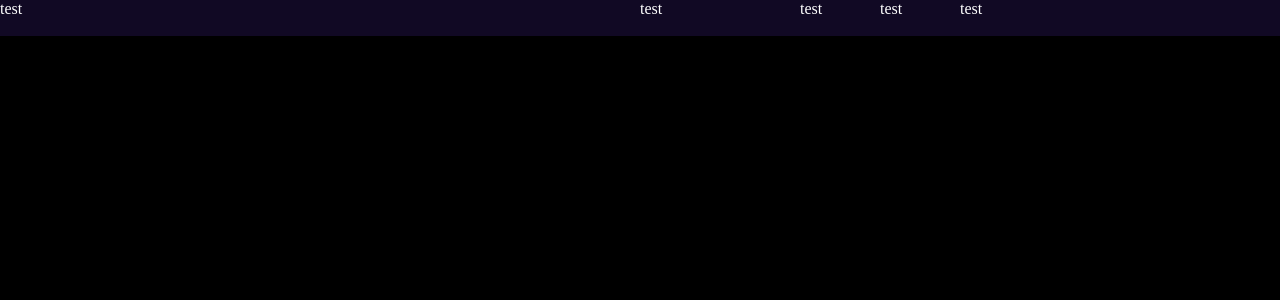
Repository: Ethan-OF/L3DTS-Web-Design
Page: index.html
An editor plug-in stored every save of this project. The page is shown before and after the next save, followed by the edit.
The browser window is 1280 px wide. The pictures show the whole page.

Above is the page before, as saved 2023-08-23 22:22:02.

After the next save:
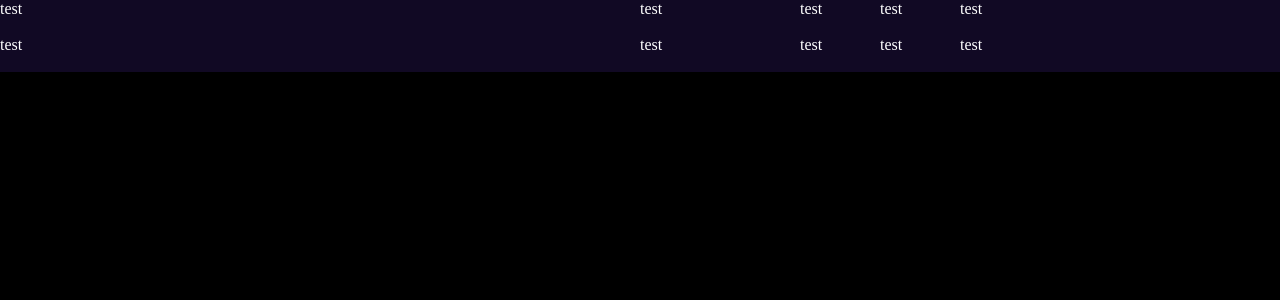
Saved 25 h 0 min later.
--- a/index.html
+++ b/index.html
@@ -35,3 +35,40 @@
         <script src="" async defer></script>
     </body>
 </html>
+<!DOCTYPE html>
+<!--[if lt IE 7]>      <html class="no-js lt-ie9 lt-ie8 lt-ie7"> <![endif]-->
+<!--[if IE 7]>         <html class="no-js lt-ie9 lt-ie8"> <![endif]-->
+<!--[if IE 8]>         <html class="no-js lt-ie9"> <![endif]-->
+<!--[if gt IE 8]>      <html class="no-js"> <!--<![endif]-->
+<html>
+    <head>
+        <meta charset="utf-8">
+        <meta http-equiv="X-UA-Compatible" content="IE=edge">
+        <title></title>
+        <meta name="description" content="">
+        <meta name="viewport" content="width=device-width, initial-scale=1">
+        <link rel="stylesheet" href="./Recources/core.css">
+    </head>
+    <body>
+        <div class="navigation">
+            <div class="navgroup">test</div>
+            <div class="navgroup">
+                <div class="navgroup">
+                    <div class="navgroup">test</div>
+                    <div class="navgroup">
+                        <div class="navgroup">test</div>
+                        <div class="navgroup">test</div>
+                    </div>
+                </div>
+                <div class="navgroup">test</div>
+            </div>
+        </div>
+
+
+        <!--[if lt IE 7]>
+            <p class="browsehappy">You are using an <strong>outdated</strong> browser. Please <a href="#">upgrade your browser</a> to improve your experience.</p>
+        <![endif]-->
+
+        <script src="" async defer></script>
+    </body>
+</html>

After the save that followed:
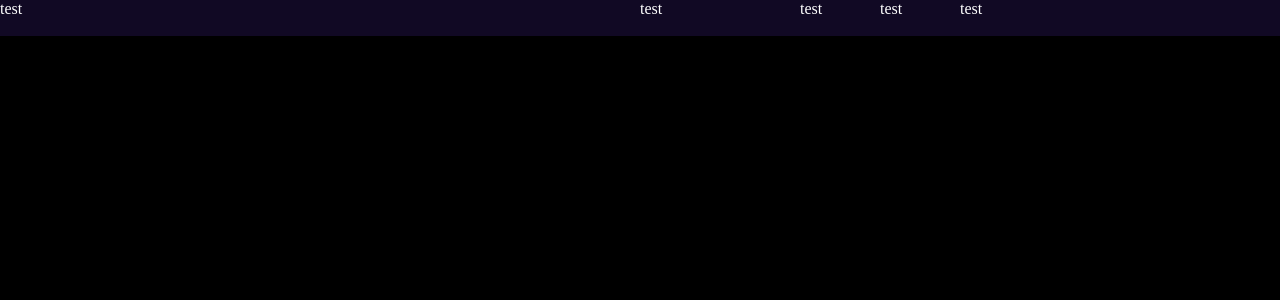
Saved 25 s later.
--- a/index.html
+++ b/index.html
@@ -19,7 +19,9 @@
                 <div class="navgroup">
                     <div class="navgroup">test</div>
                     <div class="navgroup">
-                        <div class="navgroup">test</div>
+                        <div class="navgroup">
+                            <div class="navgroup">test</div>
+                        </div>
                         <div class="navgroup">test</div>
                     </div>
                 </div>
@@ -35,40 +37,3 @@
         <script src="" async defer></script>
     </body>
 </html>
-<!DOCTYPE html>
-<!--[if lt IE 7]>      <html class="no-js lt-ie9 lt-ie8 lt-ie7"> <![endif]-->
-<!--[if IE 7]>         <html class="no-js lt-ie9 lt-ie8"> <![endif]-->
-<!--[if IE 8]>         <html class="no-js lt-ie9"> <![endif]-->
-<!--[if gt IE 8]>      <html class="no-js"> <!--<![endif]-->
-<html>
-    <head>
-        <meta charset="utf-8">
-        <meta http-equiv="X-UA-Compatible" content="IE=edge">
-        <title></title>
-        <meta name="description" content="">
-        <meta name="viewport" content="width=device-width, initial-scale=1">
-        <link rel="stylesheet" href="./Recources/core.css">
-    </head>
-    <body>
-        <div class="navigation">
-            <div class="navgroup">test</div>
-            <div class="navgroup">
-                <div class="navgroup">
-                    <div class="navgroup">test</div>
-                    <div class="navgroup">
-                        <div class="navgroup">test</div>
-                        <div class="navgroup">test</div>
-                    </div>
-                </div>
-                <div class="navgroup">test</div>
-            </div>
-        </div>
-
-
-        <!--[if lt IE 7]>
-            <p class="browsehappy">You are using an <strong>outdated</strong> browser. Please <a href="#">upgrade your browser</a> to improve your experience.</p>
-        <![endif]-->
-
-        <script src="" async defer></script>
-    </body>
-</html>
